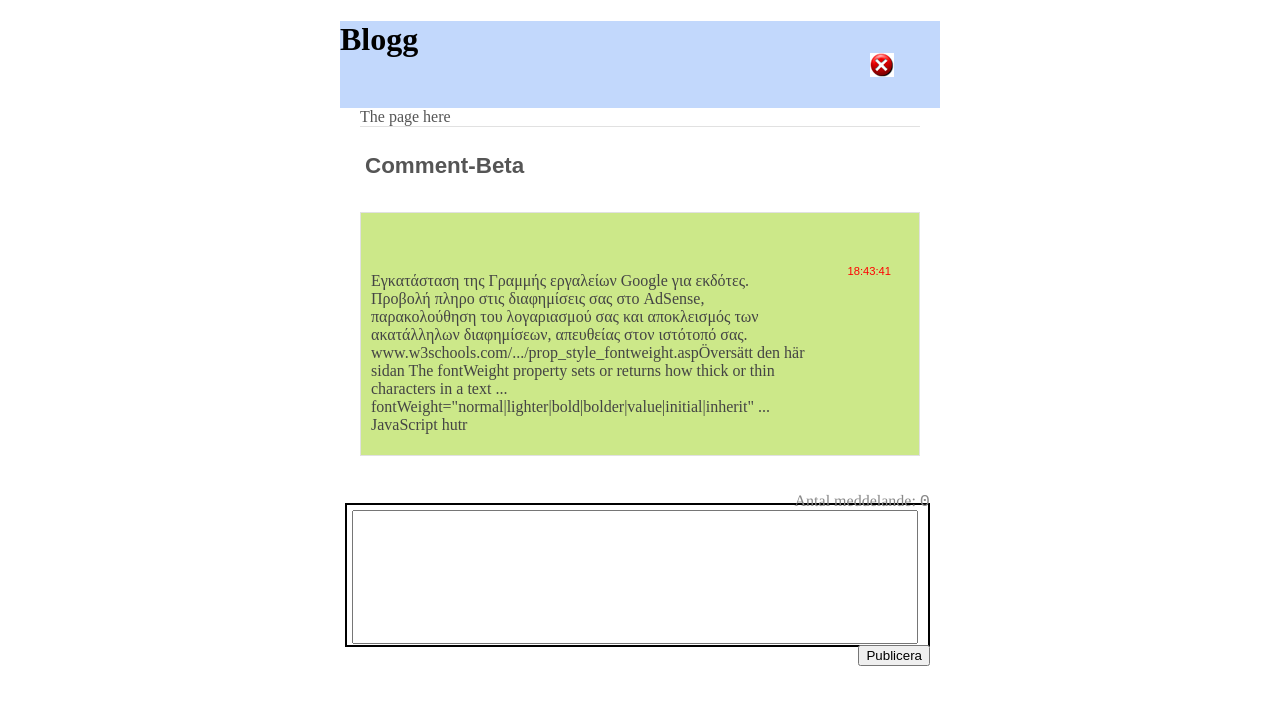
Repository: dn222em/1dv403-laborationer
Page: 2-labbymezzage/index.html
The author's editor kept a record of every edit. The page is drawn from the files as they stood at one moment, then again after the next edit.
The browser window is 1280 px wide. The pictures show the whole page.

Above is the page before.

### 2-labbymezzage/index.html
<!doctype html>
<html lang="sv">
<head>
        <script>
				document.createElement("header");
				document.createElement("hgroup");
				document.createElement("footer");
				document.createElement("article");
				document.createElement("main");
				document.createElement("section");
				document.createElement("nav");
				document.createElement("aside");
				document.createElement("address");
			</script>

        <meta charset="utf-8">
        <title>Labby mezzage</title>
        <link rel="stylesheet" href="style.css" />
        <script type="text/javascript" src="Message.js"></script>
        <script type="text/javascript" src="mess.js"></script>
        <script type="text/javascript" src="init.js"></script>
</head>
<body>
    <div id="container">
        <header>
			<h1>Blogg</h1>
		</header>
    <main>
        <div id="page">
            The page here
        </div>
             <div class="main-comment">
 <h3 class="comment-title">Comment-Beta</h3>
                 <div id="comments-list" class="comments-list">
                     <ul id="comment-holder" class="comment-holder">
                            <!--<div id="comment-date" class="comment-date">
               <h3 id="comment-date-given" class="comment-date-given">2014-11-28 18:43:41</h3>-->
                               </div>
                          <li class="comment-holder-li" >
                           <div id="comment-upp-buttons" class="comment-upp-buttons">
                                   <ul>
                                        <li><img id="delete-button" class="delete-button" src="pics/1.png" /></li>
                                   </ul>
                            </div>
                                 <p class="comment-paragraf">Εγκατάσταση της Γραμμής εργαλείων Google για εκδότες. Προβολή πληρο στις διαφημίσεις σας στο AdSense, παρακολούθηση του λογαριασμού σας και αποκλεισμός των ακατάλληλων διαφημίσεων, απευθείας στον ιστότοπό σας.
                               www.w3schools.com/.../prop_style_fontweight.aspÖversätt den här sidan
The fontWeight property sets or returns how thick or thin characters in a text ... fontWeight="normal|lighter|bold|bolder|value|initial|inherit" ... JavaScript hutr</p>
                            <div id="comment-date" class="comment-date">
                               <code id="writen-date" class="writen-date">18:43:41</code>
                            </div>
                            </li>
                     </ul>
                 </div>
    <p id="count-comments" class="count-comments">Antal meddelande: <code id="count-length" class="count-length">0</code></p>
         <div class="comment-box">
            <textarea type="textarea" name="kommentar" id="comment-box"></textarea>
         </div>
         <div id="comment-publish-button">
             <input id="publish-button" type="button" name="submit" value="Publicera" />
         </div>
             </div>
    </main>
    </div>
</body>

</html>

### 2-labbymezzage/style.css
/*Reset-styleshhet
-----------------------------------------------------------------------------*/
/* http://meyerweb.com/eric/tools/css/reset/
   v2.0 | 20110126
   License: none (public domain)
*/

/*html, body, div, span, applet, object, iframe,
h1, h2, h3, h4, h5, h6, p, blockquote, pre,
a, abbr, acronym, address, big, cite, code,
del, dfn, em, img, ins, kbd, q, s, samp,
small, strike, strong, sub, sup, tt, var,
b, u, i, center,
dl, dt, dd, ol, ul, li,
fieldset, form, label, legend,
table, caption, tbody, tfoot, thead, tr, th, td,
article, aside, canvas, details, embed,
figure, figcaption, footer, header, hgroup,
menu, nav, output, ruby, section, summary,
time, mark, audio, video {
	margin: 0;
	padding: 0;
	border: 0;
	font-size: 100%;
	font: inherit;
	vertical-align: baseline;
}
 HTML5 display-role reset for older browsers
article, aside, details, figcaption, figure,
footer, header, hgroup, menu, nav, section {
	display: block;
}
body {
	line-height: 1;
}
ol, ul {
	list-style: none;
}
blockquote, q {
	quotes: none;
}
blockquote:before, blockquote:after,
q:before, q:after {
	content: '';
	content: none;
}
table {
	border-collapse: collapse;
	border-spacing: 0;
}
/*End of Reset - stylesheet
--------------------------------------------------------------------
/*CSS -Stylesheet
======================================================================================================*/
#container{
    width: 600px;
	background-color:#c2d8fc;
	margin:0 auto;
	padding:0;


}


h1{
	margin-bottom:50px;
}

main {

	background-color: #FFF;
	/*background-color:#E6DEDE;*/
	width: 600px;
	/*border:1px solid black;*/
	margin:10px auto 10px auto;
	height:600px;



}

.comment-paragraf{
	width:440px;
}
/*=======================================================p - total comments*/
.count-comments{
	font-size:1em;
	font-family:'Times';
	float:right;
	margin-right:10px;
	margin-bottom:-3px;
	color:#888;
}

.count-length{
	font-size:1.3em;

}

/*=========================================================page*/
#page{
	width:auto;
	height:auto;
	color:#555;
	margin:20px;
	border-bottom:1px solid #e1e1e1;
}

/*==========================================================comment area*/
.main-comment{
	margin:20px;
	width:auto;
	height:auto;
	color:#444;

}

.comment-title{
	height:45px;
	line-height:37px;
	font-size:1.4em;
	font-family:'Arial';
	margin:0 5px 0 5px;
	color:#555;

}

/*====================================================posted comments*/
.comments-list{
	font-size:1em;
	font-family:'Times';
	margin:10px 5px 10px 5px;
	color:#555;
	/*border:1px solid #e1e1e1;*/
	color:#766;

}

#comment-holder{
	list-style-type:none;
	margin:0px;
	padding:0px;
	width:auto;
	height:auto;
	overflow:hidden;

}


.comment-holder-li{
	list-style-type:none;
	height:auto;
	width:auto;
	margin:10px 0px 10px 0px;
 	border:1px solid #e1e1e1;
 	padding:5px;
 	padding-left:10px;
 	padding-right:10px;
	background-color:#cce889;
	min-height:80px;
	display:block;


}

.comment-holder-li:hover{
	background-color:#FDB;
}

/*=======================================================date*/
.comment-date{
	float:right;
}

.writen-date{

	font-family:Arial;
	color:red;
	font-size:0.7em;
	float:right;
	position: relative;
    top: -145px;
	margin-right:18px;
	padding-top:10px;
	margin-top:-50px;

}

.comment-paragraf{
	padding:0px;
}
/*========================================================buttons*/

.comment-upp-buttons ul{
    margin: 10px;
    padding: 5px;

}

.comment-upp-buttons li{

   	width: 60px;
    display: inline;
    border:none;
	list-style-type: none;
	padding: 10px;


}

.date-button, .delete-button{
	width: 60px;
    display: inline;
	list-style-type: none;
	float:right;
	position: relative;
    top: -180px;
	width:24px;
	height:24px;
	cursor:pointer;


}

.date-button:hover{
	-webkit-transform: scale(1.2);
    -moz-transform: scale(1.2);
    transform: scale(1.2);
}
.date-button:active{
	-webkit-transform: scale(1);
    -moz-transform: scale(1);
    transform: scale(1);
}

.delete-button:hover{
	-webkit-transform: scale(1.2);
    -moz-transform: scale(1.2);
    transform: scale(1.2);
}
.delete-button:active{
	-webkit-transform: scale(1.0);
    -moz-transform: scale(1.0);
    transform: scale(1.0);
}


/*==================================================comments textarea*/
.comment-box{
	height:130px;
	width:auto;
	margin:5px;
	margin-right:10px;
	margin-top:47px;
	min-height:100px;
	border:2px solid black;
	padding:5px

}

#comment-box{
	width:98%;
	/*border:1px solid #cce889;/*#a1a1a1;*/
	color:#223;/*#272426;*/
	height:98%;
	position:relative;
	resize:none;
	/*resize:vertical;
	resize:horizontal;*/

}

#comment-box:hover{
	border:2px solid #279521;
}

#comment-publish-button{
	margin-top:-7px;
	float:right;
	margin-right:10px;


}
#publish-button{
	/*background-color:#cce889;*/
	cursor:pointer;


}

### 2-labbymezzage/Message.js
"use strict";

/* Denna "klass" skapar vi Message-objekt utifrån.
 * Vi kapslar in privata variabler med getters och setters.
*/
    function Message (message, date){

        this.getText = function(){ return this.message; };
        this.setText = function(_message){
            if(typeof _message ==="undefined" || _message.trim() ===""){
                console.log("Textarean är tom!");
            }
            this.message = _message;};

        this.getNewDate = function(){ return this.date;};
        this.setNewDate = function(_date){ this.date = _date;};
    }

    Message.prototype.toString = function (){
        return this.getText() +"<br/>"+"<br/>" +" (" + this.getNewDate() + ") ";
    };


/* function Message (message, date){

        this.message;
        this.date;
    }

    Message.prototype.getText = function(){
        return this.message;
    };

    Message.prototype.setText = function(newText){

        if(typeof newText ==="undefined" || newText.trim() ===""){

            console.log("Textarean är tom!");
        }

        this.message = newText;
    };

     Message.prototype.getDate = function(){
        return this.date;
    };
    Message.prototype.setDate = function(newDate){

       this.date = newDate;
    };

    Message.prototype.toString = function (){

        return this.getText() +"<br/>"+"<br/>" +" (" + this.getDate() + ") ";
    };

/*function Message (message, date){

    this.getText = function () {return message;};
    this.setText = function (_text) { message = _text;};

    this.getDate = function () {return date;};
    this.setDate = function (_date) { };

}

Message.prototype.toString = function (){

    return this.getText() +" (" + this.getDate() + ") ";
};
Message.prototype.getHTMLText = function (){};
Message.prototype.getDateText = function (){};*/

### 2-labbymezzage/mess.js
"use strict";

var MessageBoard  = {

    messages : []





};

### 2-labbymezzage/init.js
"use strict";

/* I denna fil körs vår applikation.
 * Vi använder window.onload för att starta applikationen när
 * fönstret laddat klart. *
 */

window.onload = function(){


    var now = new Date();//.toLocaleString();
    var publish = document.getElementById("publish-button");
    publish.onclick = createMessage;


    var message = new Message();
	var messages = [];
	var ul = null;//document.createElement("ul");
	var li = null;//document.createElement("li");
    var idCounter=0;
	var div1 = null;
	var div2 = null;
	var div3 = null;
	var div4 = null;
	var div5 = null;
	var div6 = null;
	var div7 = null;
	var div8 = null;
	var p = null;
    var paragr = document.getElementById("count-comments");//.removeChild(div6);
    var messageBirth;

    console.log(messages);



	ul = document.createElement("ul");
	document.getElementById("comments-list").appendChild(ul);
	ul.id = "comment-holder";




    function createMessage(){

		message.setText(document.getElementById("comment-box").value);

		if(message.message === "" || document.getElementById("comment-box").value.trim() ===""){
            document.getElementById("comment-box").style.backgroundColor =" #e1e1e1";
            document.getElementById("comment-box").style.border="1px solid red";
            document.getElementById("comment-box").value = "Du måste skriva något för att kommentera";

            var delay=1000;

            setTimeout(function(){
                document.getElementById("comment-box").style.backgroundColor ="white";
                document.getElementById("comment-box").style.border = "1px solid #cce889";
		        document.getElementById("comment-box").value = "";
            },delay);
		return;
		}

		message.setNewDate(now);  //= now;
		messages.push(message);
		idCounter++;
		createElements(message);
		document.getElementById("comment-box").value = null;

		//return messages.push(message);

    }

    function createElements(message){

        //div6 = document.getElementById("count-length");
        //paragr.removeChild(div6);
        div6 = document.getElementsByClassName("count-length");
	    while(div6[0]) {
         div6[0].parentNode.removeChild(div6[0]);
        }

	    li = document.createElement("li");
    	document.getElementById("comment-holder").appendChild(li);

    	//li.innerHTML = message.message;//toString();//message.message;
        li.className ="comment-holder-li";
	    //li.id = "comment-holder-li";
	    li.id = idCounter+"li";

	    ul.appendChild(li);

        p=document.createElement("p");
        document.getElementById(li.id).appendChild(p);
        p.className ="comment-paragraf";
        li.appendChild(p);
        p.innerHTML = message.message;






	    div1 = document.createElement("div");
        document.getElementById(li.id).appendChild(div1);
        //document.getElementsByClassName("comment-holder-li")[0];
        div1.className = "comment-upp-buttons";
        div1.id = idCounter+"comment-upp-buttons";
        div1.innerHTML;
        li.appendChild(div1);

        div2 = document.createElement("ul");
        document.getElementById(div1.id).appendChild(div2);
        //document.getElementsByClassName("comment-upp-buttons")[0];
        div2.id = idCounter+"ul2";
        div2.innerHTML;
        div1.appendChild(div2);

        div3 = document.createElement("li");
        document.getElementById(div2.id).appendChild(div3);
        div3.id = idCounter+"li2";
        div3.innerHTML;
        div2.appendChild(div3);

        div4 = document.createElement("img");
        document.getElementById(div3.id).appendChild(div4);
        div4.id = idCounter+"date-button";
        div4.className = "date-button";
        div4.innerHTML;
        div3.appendChild(div4);
        div4.setAttribute("src", "pics/TIMER.png");
        div4.setAttribute("onClick", "");
        //div4.onclick = showDate;
        div4.addEventListener("click", showDate);

        div5 = document.createElement("img");
        document.getElementById(div4.id).appendChild(div5);
        div5.className ="delete-button";
        div5.id =idCounter+ "delete-button";
        div3.appendChild(div5);
        div5.innerHTML;
        div5.setAttribute("src", "pics/DELETE.png");
        div5.setAttribute("onClick", "");
        //div5.onclick = deleteMessage;
        div5.addEventListener("click", deleteMessage);


        div8 = document.createElement("div");
        document.getElementsByClassName(li.id)[1];//.appendChild(div8);
        div5.appendChild(div8);
        div8.id = idCounter+"comment-date";
        div8.className ="comment-date";
        li.appendChild(div8);

        div7 = document.createElement("code");
        document.getElementById(div8.id).appendChild(div7);
        div7.className = "writen-date";
        div7.id = idCounter+"writen-date";
        div8.appendChild(div7);
        div7.innerHTML= showTime(message.date);


        div6 = document.createElement("code");
        document.getElementById("count-comments").appendChild(div6);
        div6.id = idCounter+"count-length";
        div6.className = "count-length";
        paragr.appendChild(div6);

        div6.innerHTML= messages.length;

    }

    function showTime(str){


        str  = message.date;

		//Create a new date-object to find the exact day.
	    messageBirth = new Date((-(-str - now))-now );

        var hours = messageBirth.getHours();
        var minutes = messageBirth.getMinutes();
        var seconds = messageBirth.getSeconds();

        //messageBirth.getHours()+":"+messageBirth.getMinutes()+":"+messageBirth.getSeconds()
        if(hours < 10){
            hours ="0"+hours;
        }
        if (minutes < 10){
            minutes="0"+minutes;
        }
        if(seconds < 10){
            seconds ="0"+seconds;
        }
        var time = hours+":"+minutes+":"+seconds;
        return time;

    }

    function showDate(str){

         str  = message.date;
         var timeNew = showTime(str);

        //Create two Arrays with Swedish names for days and months!
		var dayName=["Söndag", "Måndag", "Tisdag", "Onsdag", "Torsdag", "Fridag", "Lördag"];
		var monthName=["Jenuari", "Februari", "Mars","April", "Maj", "Juni", "Juli", "Augusti", "September", "Oktober", "November", "December"];


		//Create a new date-object to find the exact day.
	    messageBirth= new Date((-(-str - now))-now );

	    var dateCreation = dayName[messageBirth.getDay()] +" "+messageBirth.getDate()+ " "+monthName[messageBirth.getMonth()]+" "+messageBirth.getFullYear() +"   ";
		//Precentate date and time
        var str1 = "Meddelandet skapades " +dateCreation+timeNew;
        alert(str1);
    }

   function deleteMessage(str){


        //var a = str.target.nodeName;
        var a = str.target.id;
        var b =a.replace('delete-button','');
        var c = b +"li";

        var conf = confirm("Vill du verkligen radera meddelandet?");

        div6.innerHTML= --messages.length;

        var x = document.getElementById(c);
        x.remove(x.selectedIndex);




        //x.remove(x.selectedIndex);

        /*var b = document.getElementById(x).parentNode.id;
        var c = document.getElementById(b).parentNode.id;
        var d = document.getElementById(c).parentNode.nodeName;
        var e = document.getElementById(d).parentNode.id;
        //alert(event.target.id+" and "+event.target.class);


        //console.log(c);*/

   }

};

After the next edit:
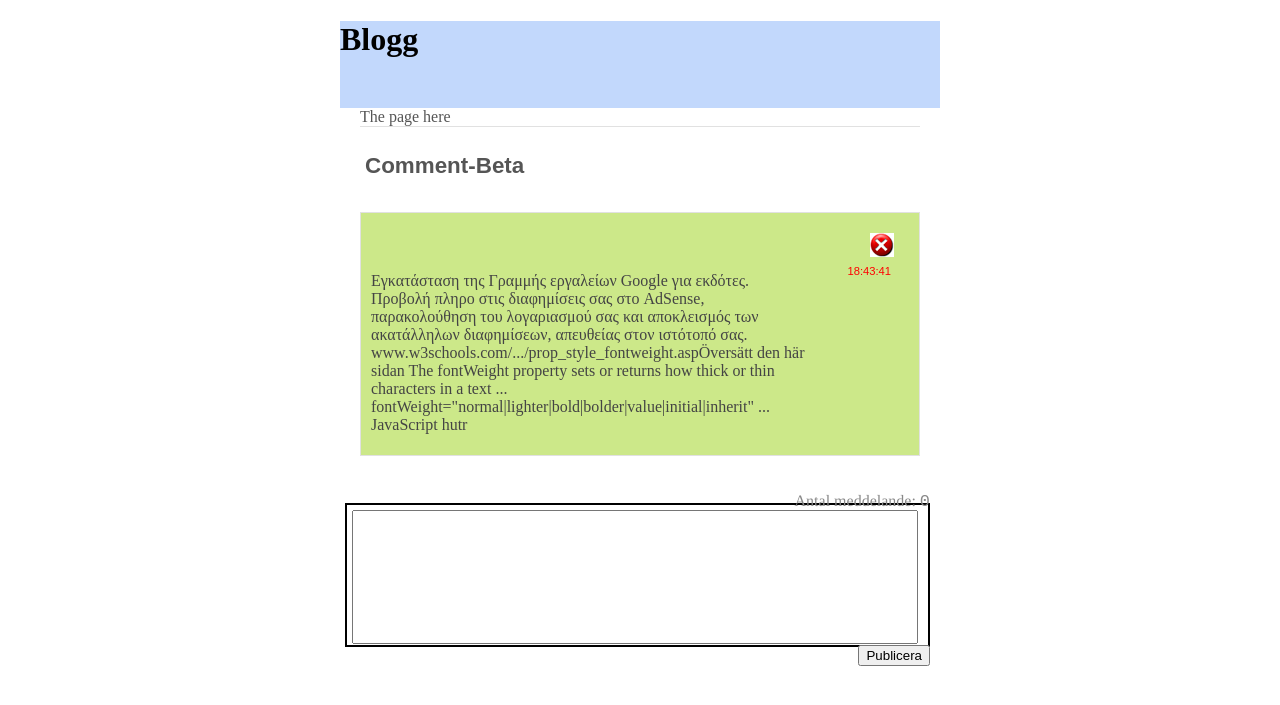
The edit:
--- a/2-labbymezzage/style.css
+++ b/2-labbymezzage/style.css
@@ -214,7 +214,6 @@
 	list-style-type: none;
 	float:right;
 	position: relative;
-    top: -180px;
 	width:24px;
 	height:24px;
 	cursor:pointer;
